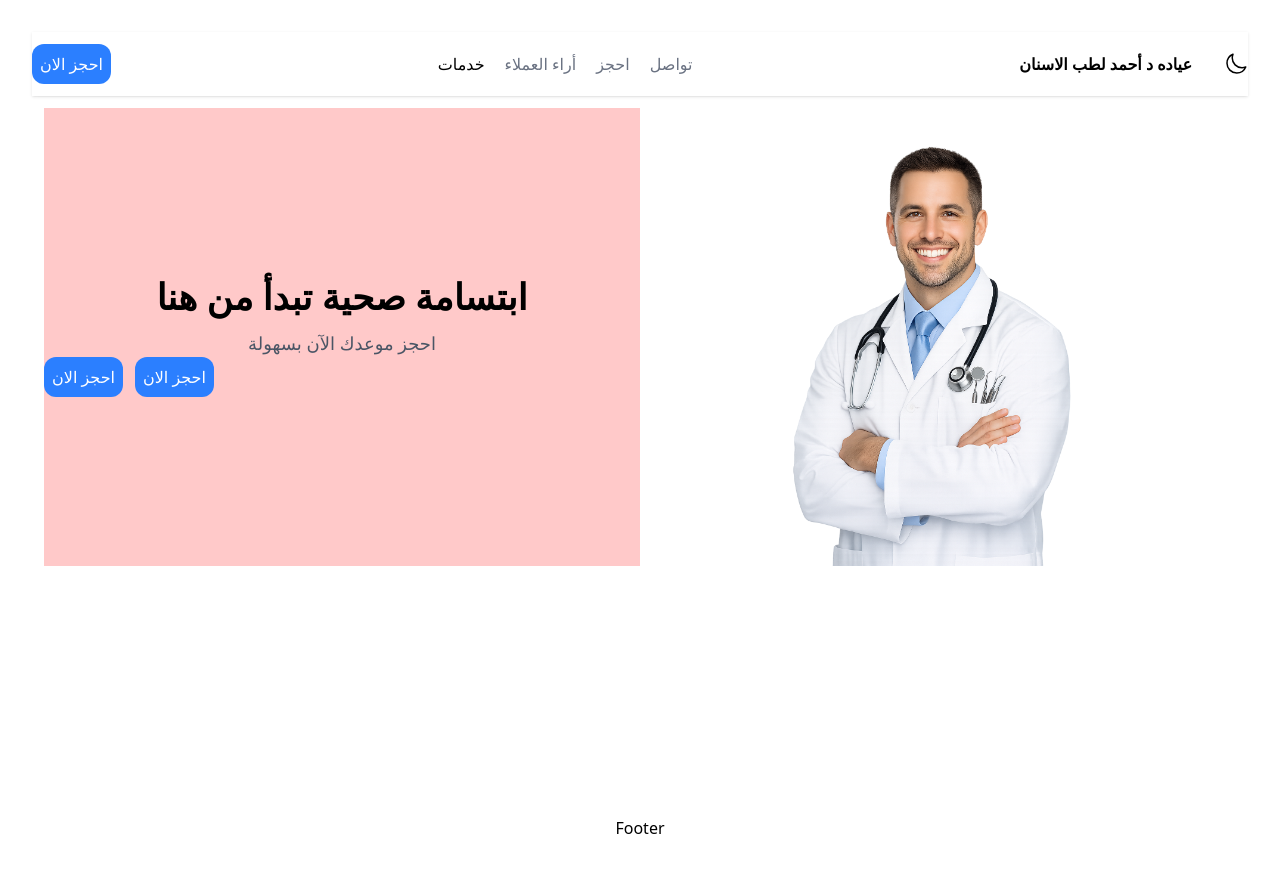
Repository: mohamedehab23-pro/clinic
Page: /
The author's editor kept a copy of each file at every save. The page is drawn from the files as they stood at one save, then again after a run of saves.
The browser window is 1280 px wide. The pictures show the whole page.
The project was rebuilt for these pictures with package versions that can differ from the ones it lists, and the page was loaded fresh each time. Also part of the build but not shown: vite.config.js, src/Pages/AboutPage.jsx, src/Pages/ContactPage.jsx, src/Pages/NotFound.jsx, src/Components/Child.jsx, src/Components/Parent.jsx.

Above is the page before, as saved 2026-02-22 14:15:16.

After the next 2 saves:
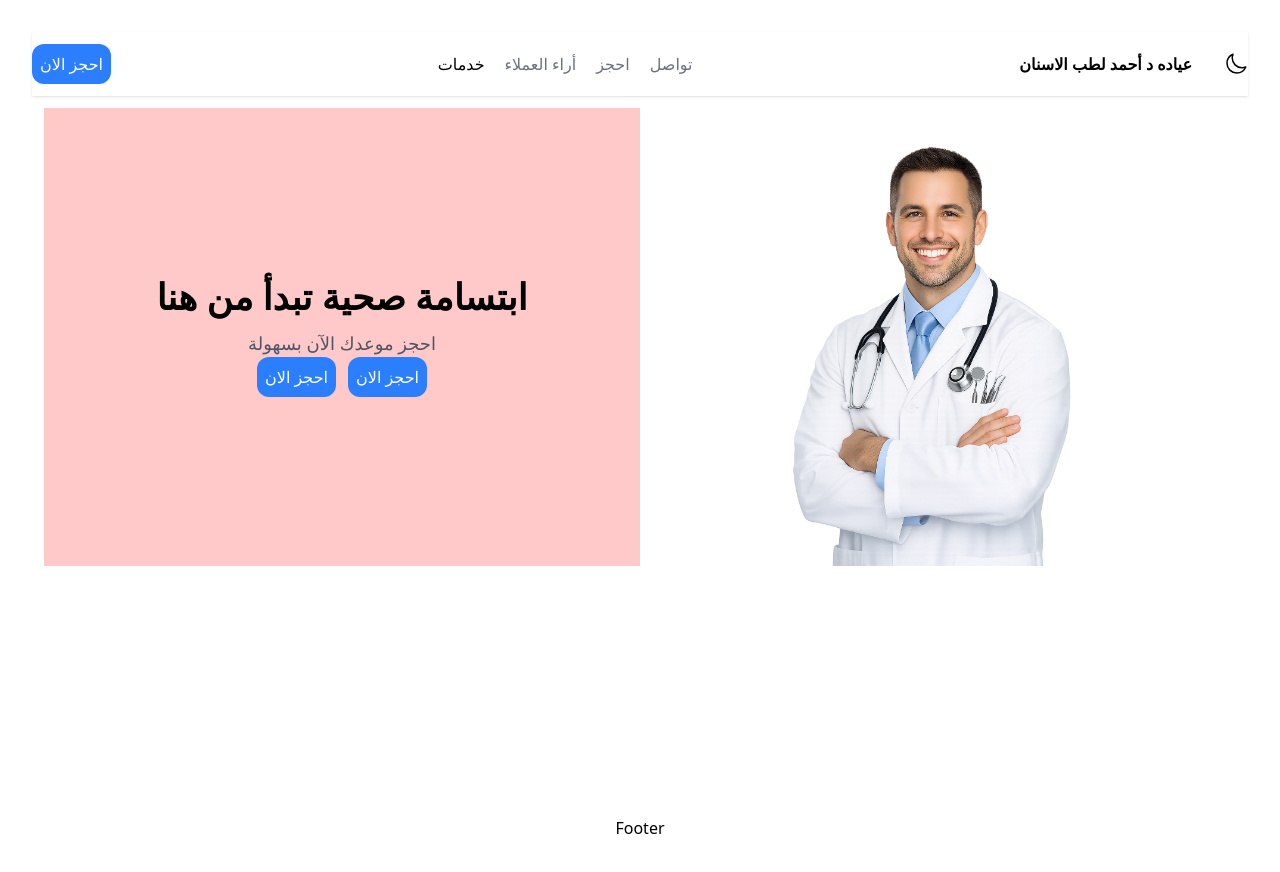
The 2 saves are shown as one change because they came seconds apart.
The last was saved 9 s later.
--- a/src/Pages/HeroPage.jsx
+++ b/src/Pages/HeroPage.jsx
@@ -8,7 +8,7 @@ export default function HomePage() {
 <div className='bg-red-200 w-full flex flex-col justify-center text-center '>
 <h2 className='text-4xl font-bold '>ابتسامة صحية تبدأ من هنا</h2>
 <p className='text-gray-600 pt-3 text-lg'>احجز موعدك الآن بسهولة</p>
-  <div className='flex gap-3'>
+  <div className='flex gap-3 justify-center'>
     <Button bg={'bg-blue-500'} hover={'hover:bg-blue-600'}/>
   <Button bg={'bg-blue-500'} hover={'hover:bg-blue-600'}/>
   </div>
